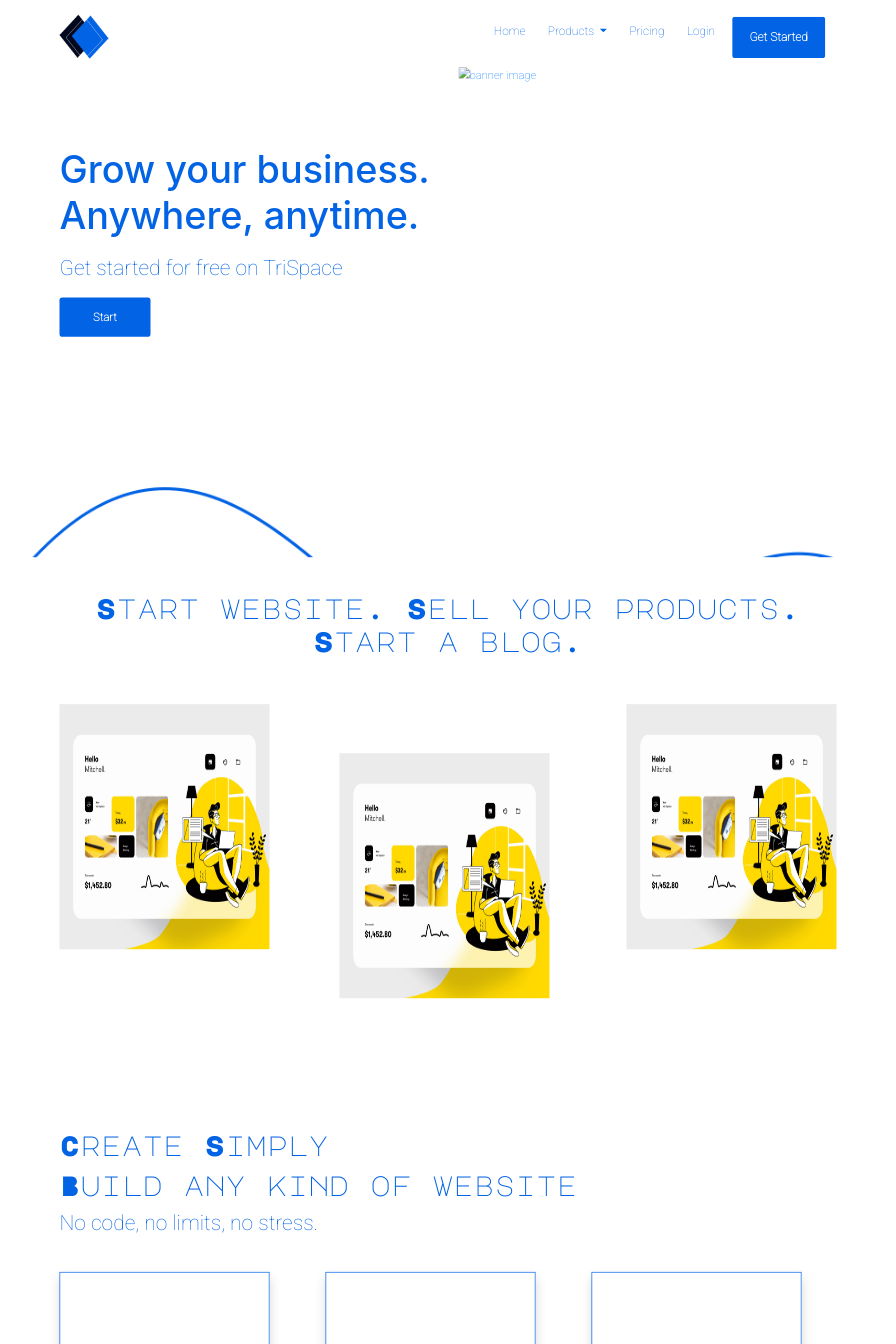
Repository: latenightsnacc/TriSpace
Page: HTML/index.html
The author's editor kept a copy of each file at every save. The page is drawn from the files as they stood at one save, then again after the next save.
The browser window is 1280 px wide. The pictures show the part of the page from y = 0 to 1920 px (the page is 5158 px tall), at 70% of full size.
The style sheet was rebuilt from its Sass, Less or Tailwind sources for each picture, by a compiler version that may differ from the author's.

Above is the page before, as saved 2020-11-12 11:14:22.

After the next save:
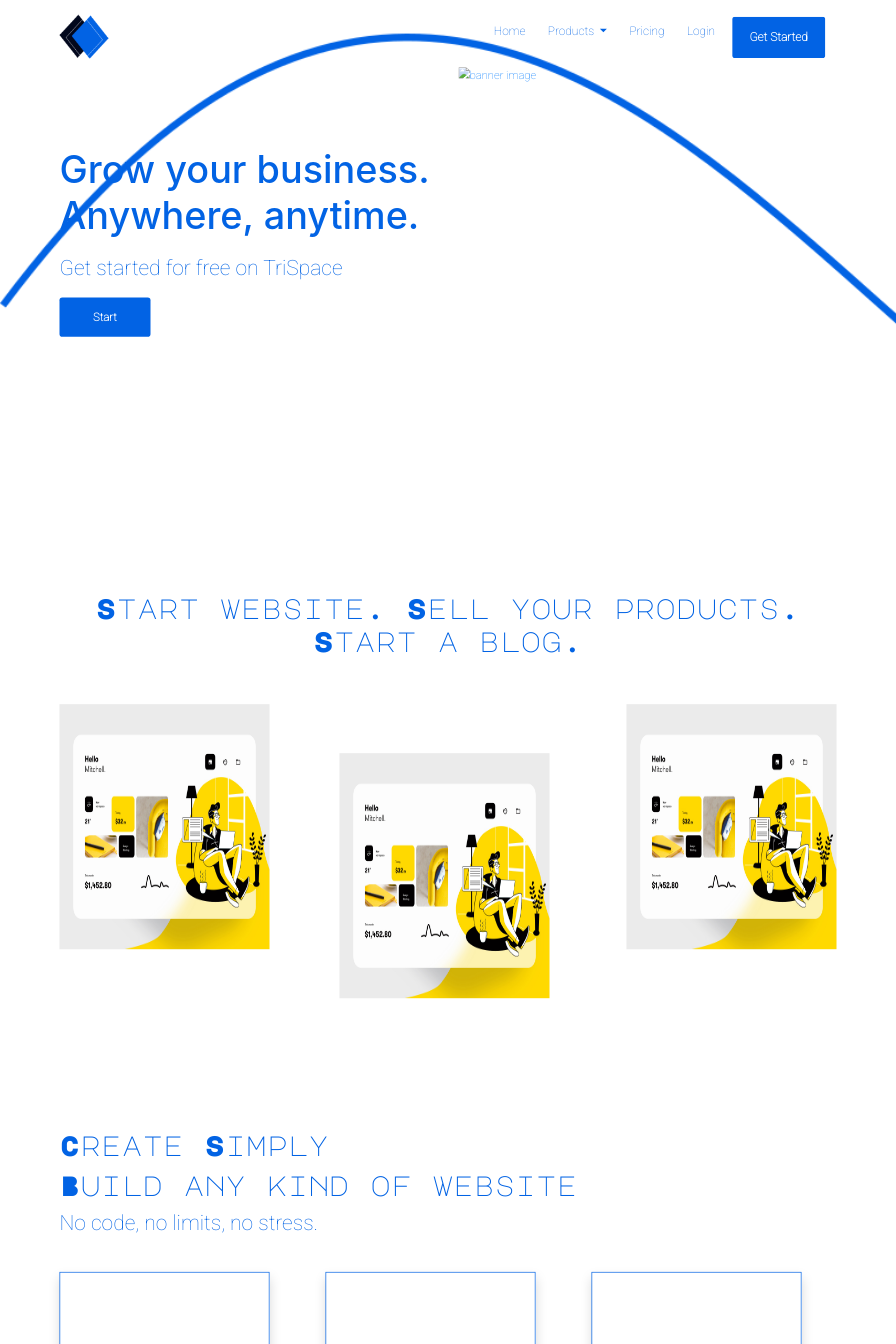
Saved 3 min 14 s later.
--- a/HTML/styles/stylesheet.scss
+++ b/HTML/styles/stylesheet.scss
@@ -41,6 +41,10 @@ a.btn {
         text-transform: capitalize;
     }
 
+}
+section#banner {
+    background: url('/HTML/assets/line.png') ;
+    background-size: cover;
 }
 .banner-txt {
     h1 {
@@ -176,8 +180,7 @@ section.wave {
         left: 0;
         width: 100%;
         height: 100px;
-        background: url('/HTML/assets/line.png') ;
-        background-size: cover;
+
     }
 
 }
